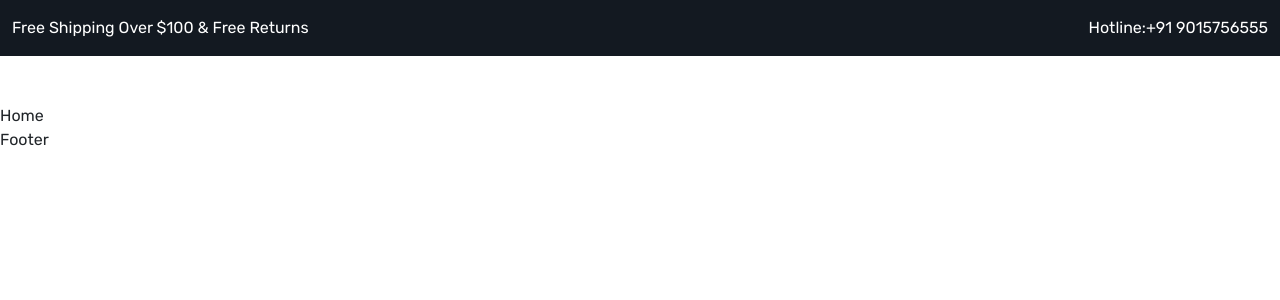
Repository: anamikatomar21/demo
Page: /
These files come from the project's save history. The page is drawn as it stood at one moment and after the next save; the edit follows.
The browser window is 1280 px wide. The pictures show the whole page.
The project was rebuilt for these pictures with package versions that can differ from the ones it lists, and the page was loaded fresh each time. Also part of the build but not shown: src/pages/About.js, src/pages/Contact.js.

Above is the page before, as saved 2023-05-13 13:26:06.

### public/index.html
<!DOCTYPE html>
<html lang="en">
  <head>
    <meta charset="utf-8" />
    <link rel="icon" href="%PUBLIC_URL%/favicon.ico" />
    <meta name="viewport" content="width=device-width, initial-scale=1" />
    <meta name="theme-color" content="#000000" />
    <meta
      name="description"
      content="Web site created using create-react-app"
    />
    <link rel="apple-touch-icon" href="%PUBLIC_URL%/logo192.png" />
    <link
      href="https://cdn.jsdelivr.net/npm/bootstrap@5.0.2/dist/css/bootstrap.min.css"
      rel="stylesheet"
      integrity="sha384-EVSTQN3/azprG1Anm3QDgpJLIm9Nao0Yz1ztcQTwFspd3yD65VohhpuuCOmLASjC"
      crossorigin="anonymous"
    />
    <link rel="manifest" href="%PUBLIC_URL%/manifest.json" />
    <link rel="preconnect" href="https://fonts.googleapis.com" />
    <link rel="preconnect" href="https://fonts.gstatic.com" crossorigin />
    <link
      href="https://fonts.googleapis.com/css2?family=Rubik:ital,wght@0,300;0,400;0,500;0,800;1,600&display=swap"
      rel="stylesheet"
    />
    <title>Ecommerce App</title>
  </head>
  <body>
    <noscript>You need to enable JavaScript to run this app.</noscript>
    <div id="root"></div>
    <script
      src="https://cdn.jsdelivr.net/npm/bootstrap@5.0.2/dist/js/bootstrap.bundle.min.js"
      integrity="sha384-MrcW6ZMFYlzcLA8Nl+NtUVF0sA7MsXsP1UyJoMp4YLEuNSfAP+JcXn/tWtIaxVXM"
      crossorigin="anonymous"
    ></script>
  </body>
</html>

### src/App.js
import React from "react";
import { BrowserRouter, Routes, Route } from "react-router-dom";
import "./App.css";
import Layout from "./components/Layout";
import Home from "./pages/Home";
import About from "./pages/About";
import Contact from "./pages/Contact";

function App() {
  return (
    <>
      <BrowserRouter>
        <Routes>
          <Route path="/" element={<Layout />}>
            <Route index element={<Home />} />
            <Route path="about" element={<About />} />
            <Route path="contact" element={<Contact />} />
          </Route>
        </Routes>
      </BrowserRouter>
    </>
  );
}

export default App;

### src/App.css
* {
  margin: 0;
  padding: 0;
  box-sizing: border-box;
}

:root {
  --color-131921: #131921;
  --color-3b4149: #3b4149;
}
body {
  font-family: "Rubik", sans-serif;
}

a {
  text-decoration: none;
  display: inline-block;
}

/* Header Part */

.header-top-strip {
  background-color: var(--color-131921);
}

/* Header Part End Here*/

### src/components/Layout.js
import React from "react";
import { Outlet } from "react-router-dom";
import Footer from "./Footer";
import Header from "./Header";

const Layout = () => {
  return (
    <>
      <Header />
      <Outlet />
      <Footer />
    </>
  );
};

export default Layout;

### src/components/Header.js
import React from "react";
import { NavLink, Link } from "react-router-dom";

const Header = () => {
  return (
    <>
      <header className="header-top-strip py-3">
        <div className="container-xxl">
          <div className="row">
            <div className="col-6">
              <p className="text-white mb-0">
                Free Shipping Over $100 & Free Returns
              </p>
            </div>
            <div className="col-6">
              <p className="text-end text-white mb-0">
                Hotline:
                <a href="tel:+91 9015756555" className="text-white">
                  +91 9015756555
                </a>
              </p>
            </div>
          </div>
        </div>
      </header>

      <header>
        <div className="container-xxl">
          <div className="row">
            <div className="col-2">
              <p className="text-white mb-0">
                Free Shipping Over $100 & Free Returns
              </p>
            </div>
            <div className="col-5">

            </div> <div className="col-5">

            </div>
          </div>
        </div>
      </header>
    </>
  );
};

export default Header;

Loaded but not shown: src/index.js (common file); src/pages/Home.js (common file); src/components/Footer.js (common file)

After the next save:
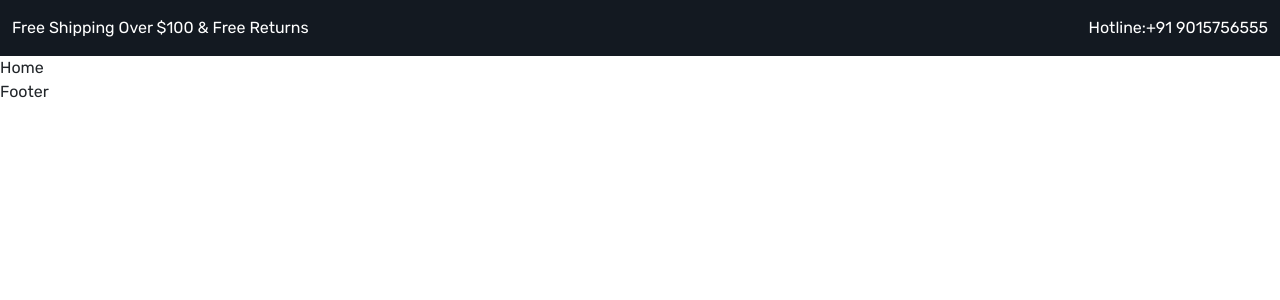
Saved 5 s later.
--- a/src/components/Header.js
+++ b/src/components/Header.js
@@ -27,16 +27,8 @@
       <header>
         <div className="container-xxl">
           <div className="row">
-            <div className="col-2">
-              <p className="text-white mb-0">
-                Free Shipping Over $100 & Free Returns
-              </p>
-            </div>
-            <div className="col-5">
-
-            </div> <div className="col-5">
-
-            </div>
+            <div className="col-2"></div>
+            <div className="col-5"></div> <div className="col-5"></div>
           </div>
         </div>
       </header>
